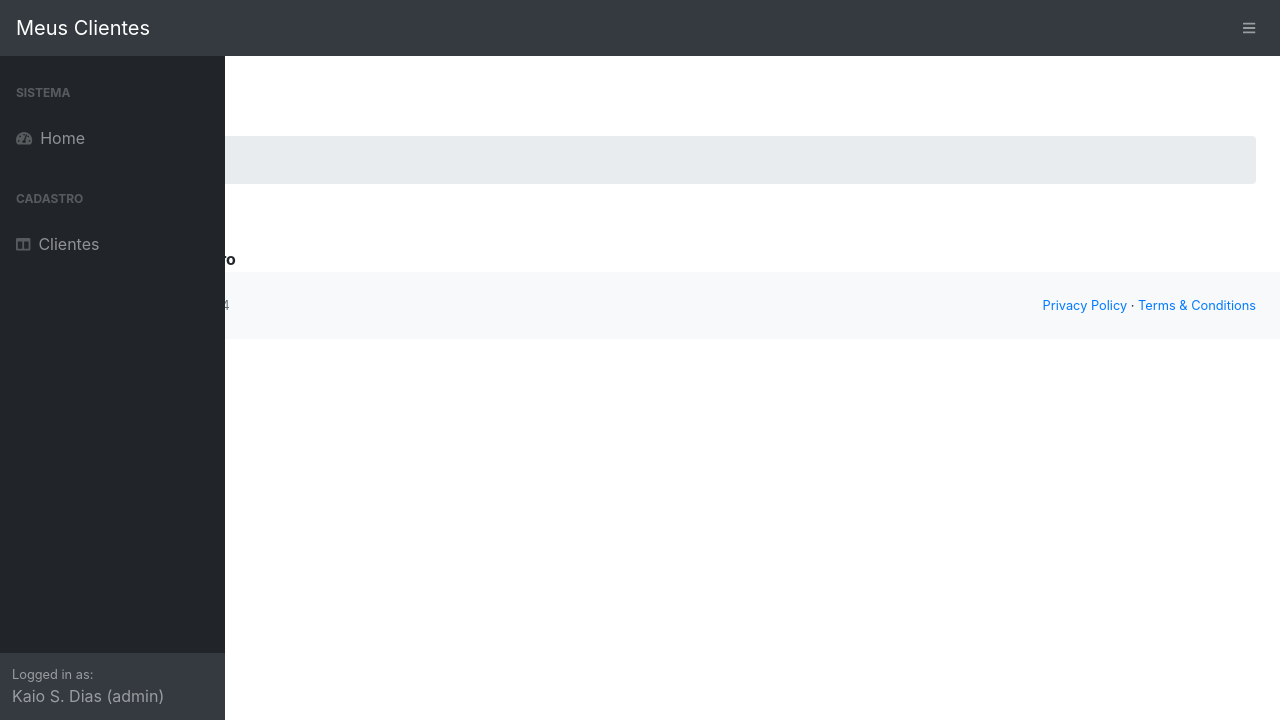
Repository: Kaio-Dias/Angular-Springboot
Page: /users-list (app in Frontend/clients-app/)
The author's editor kept a copy of each file at every save. The page is drawn from the files as they stood at one save, then again after the next save.
The browser window is 1280 px wide. The pictures show the whole page.
Some web libraries are served in a nearby version. The project was rebuilt for these pictures with package versions that can differ from the ones it lists, and the page was loaded fresh each time. Also part of the build but not shown: Frontend/clients-app/angular.json, Frontend/clients-app/src/app/users/users-form/users-form.component.ts, Frontend/clients-app/src/app/users/UserModel.ts, Frontend/clients-app/src/app/home/home.component.ts.

Above is the page before, as saved 2024-07-09 11:37:27.

After the next save:
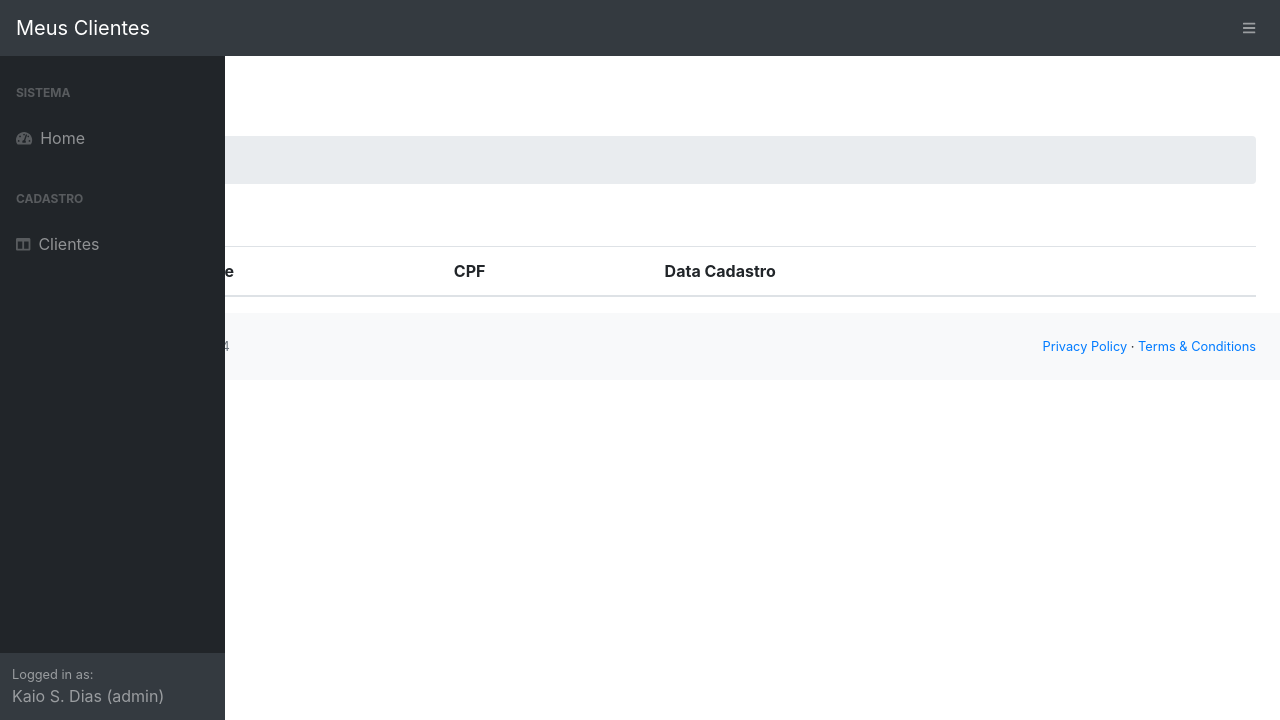
Saved 16 s later.
--- a/Frontend/clients-app/src/app/users/users-list/users-list.component.html
+++ b/Frontend/clients-app/src/app/users/users-list/users-list.component.html
@@ -13,7 +13,7 @@
 </div>
 <div class="row">
     <div class="col-md-12">
-        <table>
+        <table class="table table-condensed">
             <thead>
                 <tr>
                     <th>ID</th>
